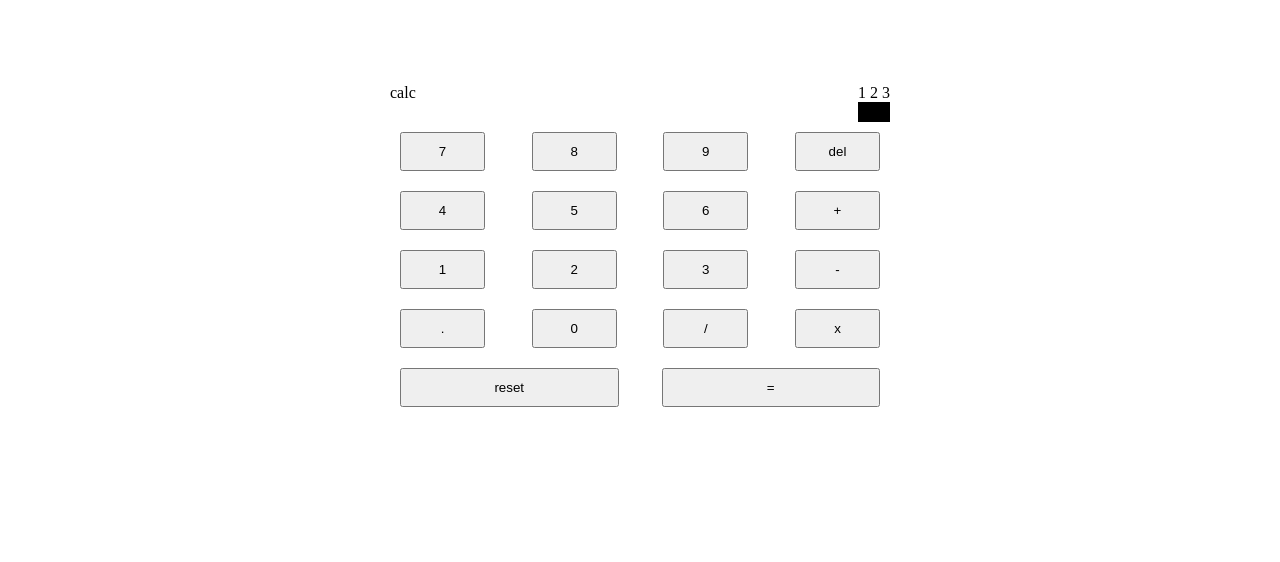
Repository: Eugene44-hub/basic-calculator
Page: index.html
These files come from the project's save history. The page is drawn as it stood at one moment and after a run of saves; the edit follows.
The browser window is 1280 px wide. The pictures show the whole page.

Above is the page before, as saved 2021-10-01 14:23:20.
Console error: SyntaxError: Unexpected end of input

### index.html
<!DOCTYPE html>
<html lang="en">

<head>
    <link rel="stylesheet" href="style.css">
    <meta charset="UTF-8">
    <meta http-equiv="X-UA-Compatible" content="IE=edge">
    <meta name="viewport" content="width=device-width, initial-scale=1.0">
    <title>Document</title>
</head>

<body>
    <div class="cal-container">

        <div class="theme">
            <div class="header">calc</div>
            <div class="theme-number">
                <span id="one">1</span>
                <span id="two">2</span>
                <span id="three">3</span>
                <div class="toggle"></div>
            </div>
        </div>
        <div class="output">

        </div>
        <div class="buttons">
            <button id="number-button">7</button>
            <button id="number-button">8</button>
            <button id="number-button">9</button>
            <button id="del-button">del</button>
            <button id="number-button">4</button>
            <button id="number-button">5</button>
            <button id="number-button">6</button>
            <button id="addition-button">+</button>
            <button id="number-button">1</button>
            <button id="number-button">2</button>
            <button id="number-button">3</button>
            <button id="minus-button">-</button>
            <button id="dot-button">.</button>
            <button id="number-button">0</button>
            <button id="division-button">/</button>
            <button id="multiply-button">x</button>
            <button id="reset-button">reset</button>
            <button id="equals-button">=</button>
        </div>
    </div>

    <script src="app.js"></script>
</body>

</html>

### style.css
* {
    padding: 0;
    margin: 0;
    box-sizing: border-box;
}

body {
    display: flex;
    height: 500px;
}

.theme {
    display: flex;
}

.toggle {
    background-color: black;
    height: 20px;
}

.header {
    flex: 1;
}

.cal-container {
    margin: auto;
    width: 500px;
}

.buttons {
    display: flex;
    flex-wrap: wrap;
    justify-content: space-between;
}

button {
    flex-basis: 17%;
    padding: 10px;
    margin: 10px;
}

#reset-button,
#equals-button {
    flex-basis: 43.7%
}

.output {
    width: ;
}

Loaded but not shown: app.js (common file)

After the next 2 saves:
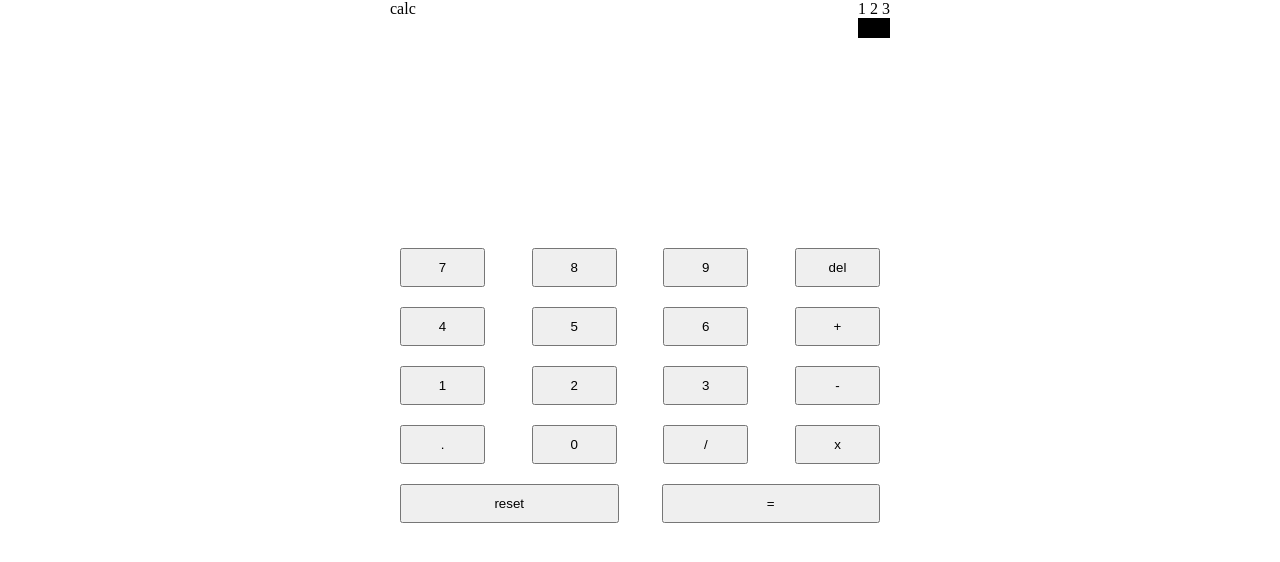
The 2 saves are shown as one change because they came seconds apart.
The last was saved 9 s later.
--- a/style.css
+++ b/style.css
@@ -45,5 +45,5 @@ button {
 }
 
 .output {
-    width: ;
+    height: 200px;
 }
